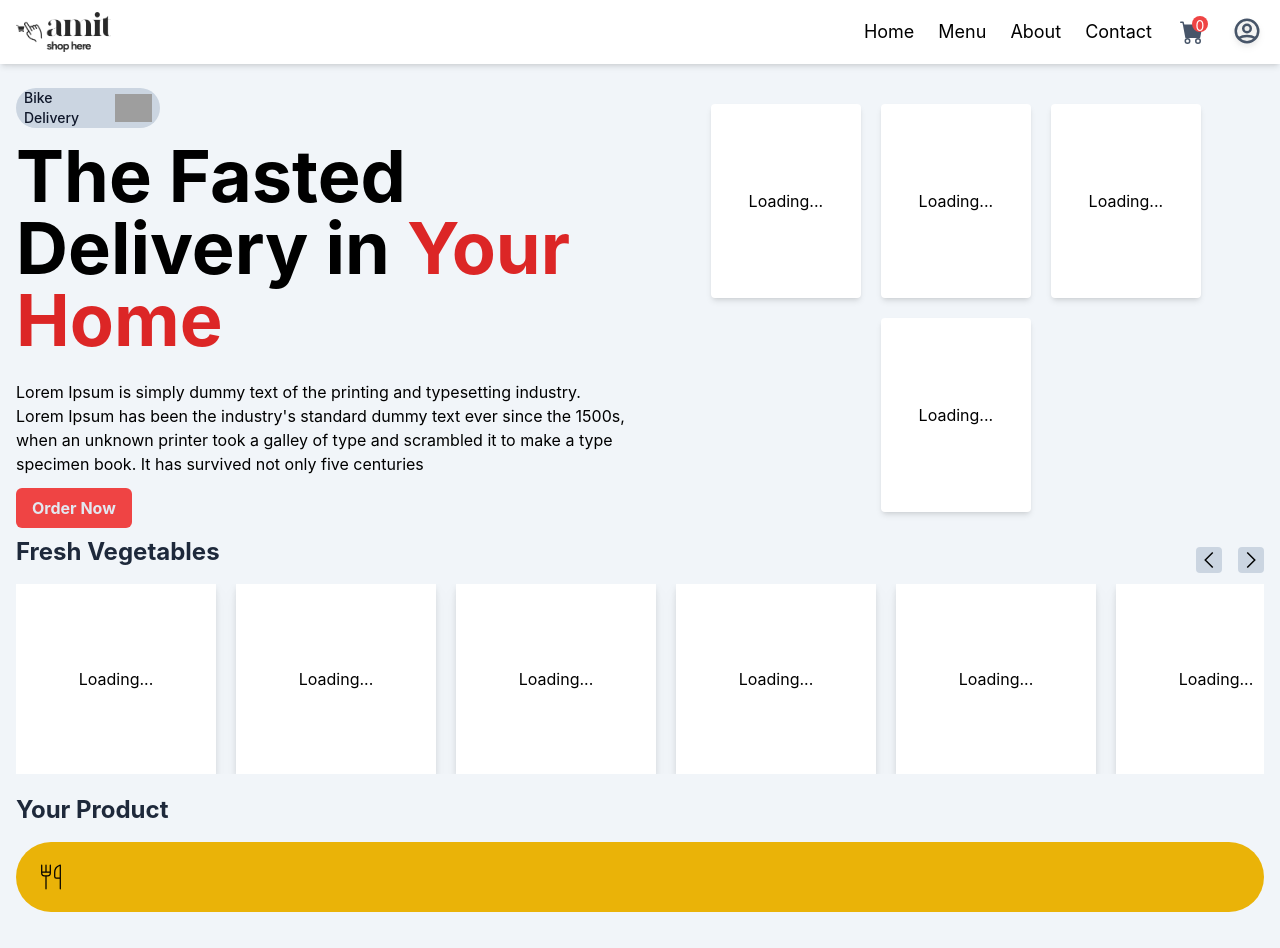
Repository: Lehuyhuynh/Web_ban_hoa_qua
Page: / (app in frontend/)
The author's editor kept a copy of each file at every save. The page is drawn from the files as they stood at one save, then again after the next save.
The browser window is 1280 px wide. The pictures show the whole page.
Pictures or frames that could not be fetched are drawn as grey boxes. The page's requests for data from a server got no answer. The project was rebuilt for these pictures with package versions that can differ from the ones it lists, and the page was loaded fresh each time. No one was signed in, and anything a server would have sent is missing. Also part of the build but not shown: frontend/src/page/Menu.js, frontend/src/page/About.js, frontend/src/page/Contact.js, frontend/src/page/login.js, frontend/src/utility/ImagetoBase64.js, frontend/src/page/Newproduct.js, frontend/src/page/Signup.js.

Above is the page before, as saved 2024-01-06 20:55:07.

After the next save:
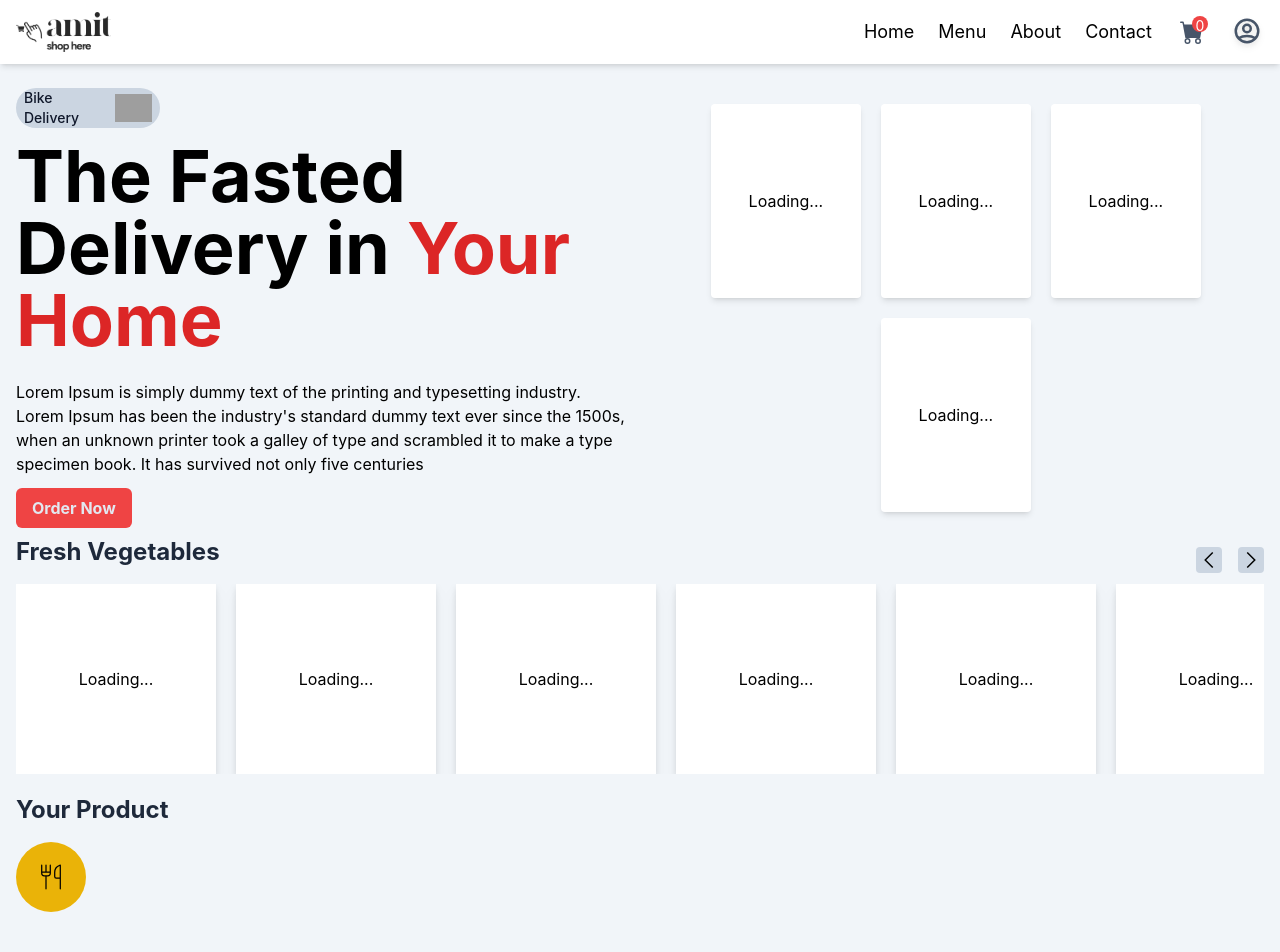
Saved 76 s later.
--- a/frontend/src/page/Home.js
+++ b/frontend/src/page/Home.js
@@ -122,7 +122,7 @@ const Home = () => {
       <div className=" my-5">
         <h2 className="font-bold text-2xl text-slate-800 mb-4">Your Product</h2>
 
-        <div className="">
+        <div className=" flex gap-4">
           <FilterProduct />
         </div>
       </div>
